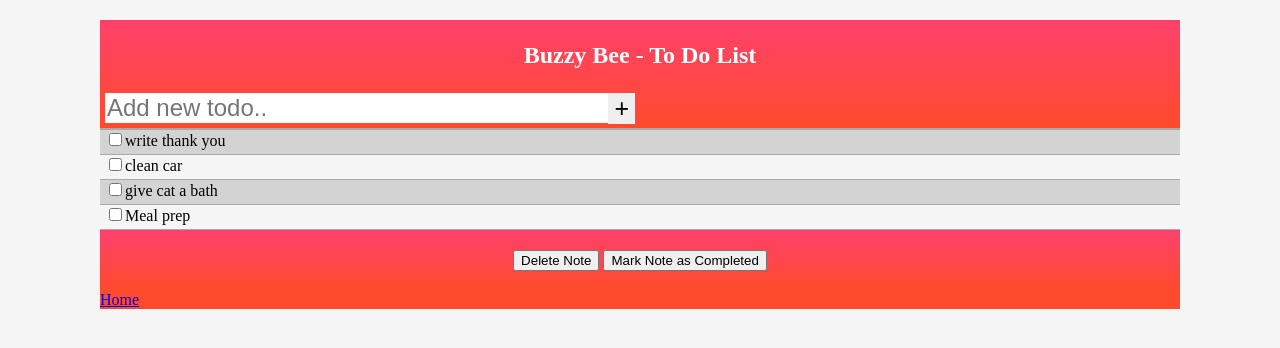
Repository: seleniadelgado/backend-spring2020-angie
Page: projects/todo/public_html/index.html
An editor plug-in stored every save of this project. The page is shown before and after the next save, followed by the edit.
The browser window is 1280 px wide. The pictures show the whole page.
The page's requests for data from a server got no answer.

Above is the page before, as saved 2020-05-12 22:25:35.

After the next save:
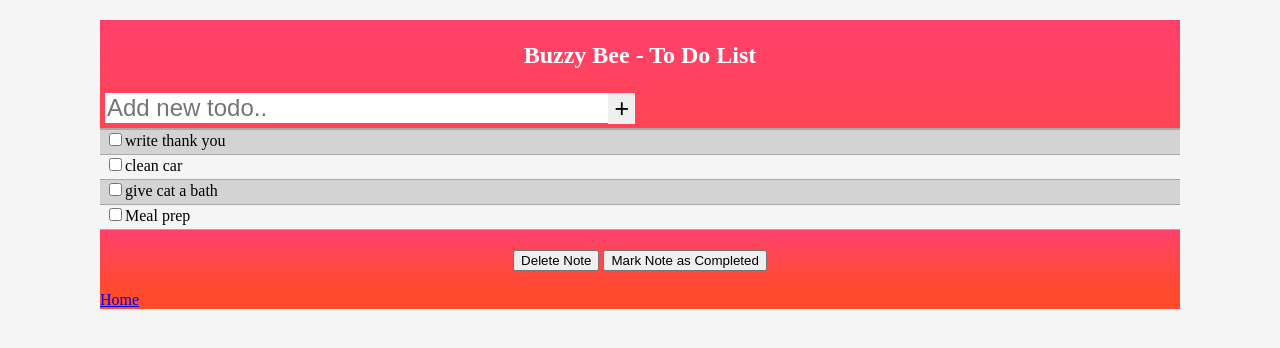
Saved 34 s later.
--- a/projects/todo/public_html/styles.css
+++ b/projects/todo/public_html/styles.css
@@ -11,12 +11,12 @@
     box-sizing: border-box;
 }
 body {
-    margin: 0px 100px 80px 100px;
+    margin: 0px 100px 75px 100px;
     background: var(--main-color);
 }
 
 .sectionTitle {
-    background: var(--main-color);
+
     text-align: center;
     border-bottom: 2px solid darkgray;
     margin-top: 0%;

After the save that followed:
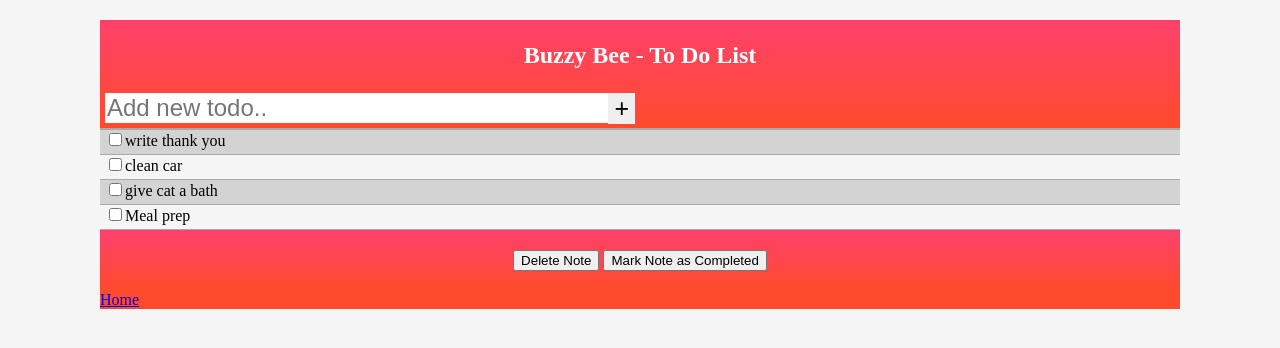
Saved 14 s later.
--- a/projects/todo/public_html/styles.css
+++ b/projects/todo/public_html/styles.css
@@ -16,7 +16,7 @@
 }
 
 .sectionTitle {
-
+    background: var(--main-color);
     text-align: center;
     border-bottom: 2px solid darkgray;
     margin-top: 0%;
